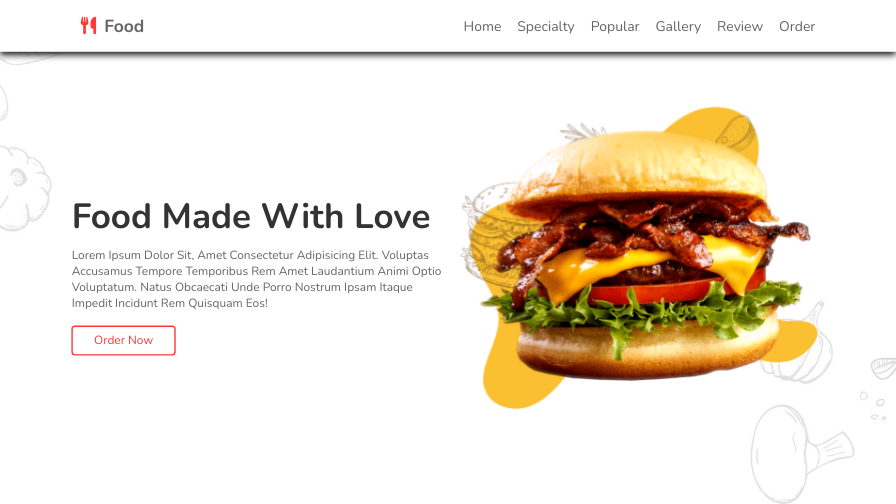
Repository: wenxi0504/ResturantApp-static-
Page: index.html
An editor plug-in stored every save of this project. The page is shown before and after the next save, followed by the edit.
The browser window is 1280 px wide. The pictures show the part of the page from y = 0 to 1920 px (the page is 720 px tall before and 3828 px after), at 70% of full size.

Above is the page before, as saved 2022-01-09 23:18:22.
Console error: TypeError: Cannot read properties of null (reading 'classList')

After the next save:
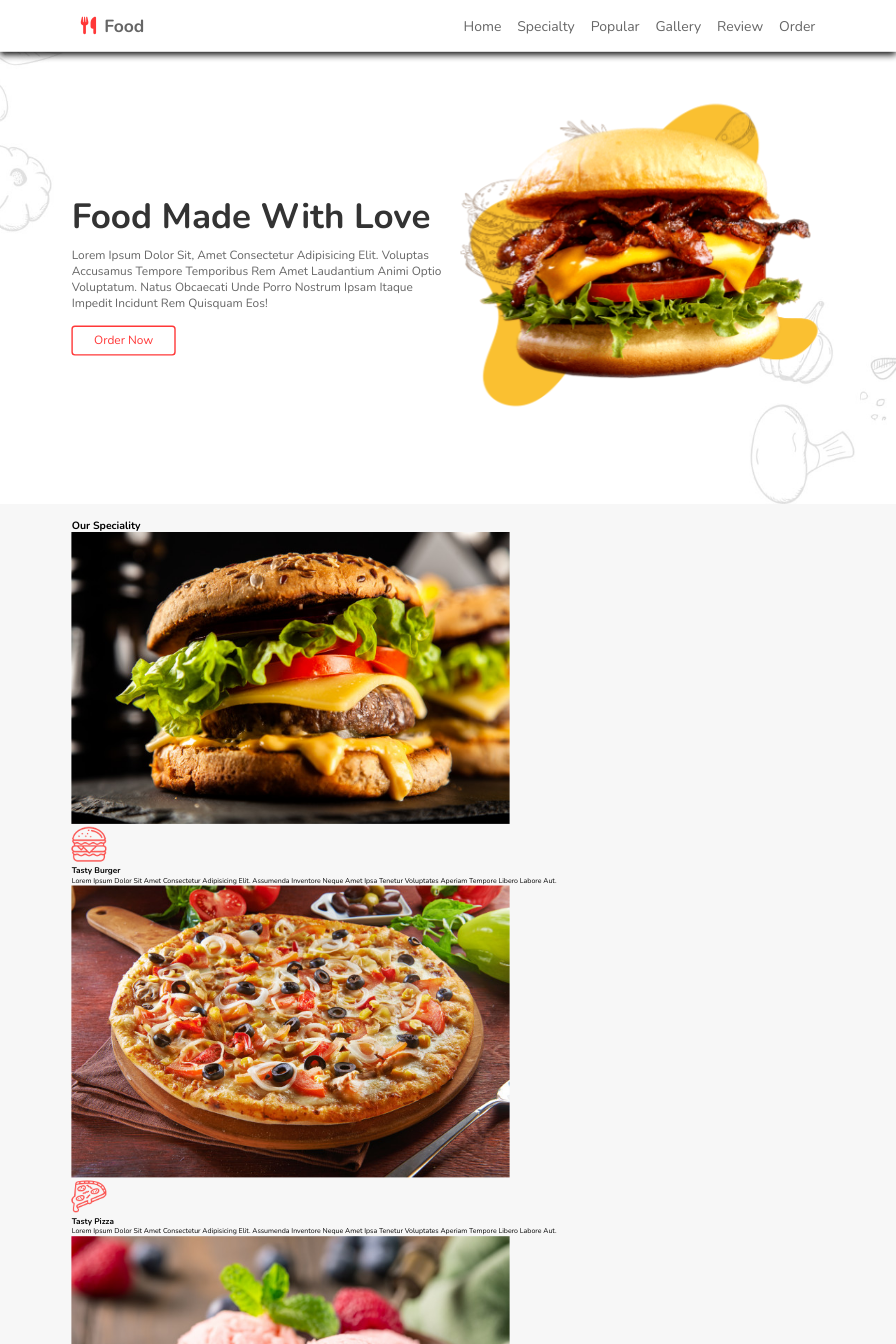
Saved 8 min 48 s later.
--- a/index.html
+++ b/index.html
@@ -1,44 +1,109 @@
 <!DOCTYPE html>
 <html lang="en">
-<head>
-    <meta charset="UTF-8">
-    <meta http-equiv="X-UA-Compatible" content="IE=edge">
-    <meta name="viewport" content="width=device-width, initial-scale=1.0">
+  <head>
+    <meta charset="UTF-8" />
+    <meta http-equiv="X-UA-Compatible" content="IE=edge" />
+    <meta name="viewport" content="width=device-width, initial-scale=1.0" />
     <title>Maple Yip Seafood Restaurant</title>
     <!-- font awesome cnd link-->
-    <link rel="stylesheet" href="https://cdnjs.cloudflare.com/ajax/libs/font-awesome/6.0.0-beta3/css/all.min.css">
+    <link
+      rel="stylesheet"
+      href="https://cdnjs.cloudflare.com/ajax/libs/font-awesome/6.0.0-beta3/css/all.min.css"
+    />
     <!--custom css link-->
-    <link rel="stylesheet" href="./style.css">
-</head>
-<body>
+    <link rel="stylesheet" href="./style.css" />
+  </head>
+  <body>
     <!--header section-->
     <header>
-        <!-- current page-->
-        <a href="#" class="logo"><i class="fas fa-utensils"></i> food </a>
-        <div id="menu-bar" class="fas fa-bars"> </div>
-        <nav class="navbar">
-            <a href="#home">Home</a>
-            <a href="#speciality">Specialty</a>
-            <a href="#popular">Popular</a>
-            <a href="#gallery">gallery</a>
-            <a href="#revire">Review</a>
-            <a href="#order">Order</a>
-        </nav>
+      <!-- current page-->
+      <a href="#" class="logo"><i class="fas fa-utensils"></i> food </a>
+      <div id="menu-bar" class="fas fa-bars"></div>
+      <nav class="navbar">
+        <a href="#home">Home</a>
+        <a href="#speciality">Specialty</a>
+        <a href="#popular">Popular</a>
+        <a href="#gallery">gallery</a>
+        <a href="#revire">Review</a>
+        <a href="#order">Order</a>
+      </nav>
     </header>
     <!-- header section ends-->
     <!--home section-->
     <section class="home" id="home">
-        <div class="content">
-            <h3>food made with love</h3>
-            <p>Lorem ipsum dolor sit, amet consectetur adipisicing elit. Voluptas accusamus tempore temporibus rem amet laudantium animi optio voluptatum. Natus obcaecati unde porro nostrum ipsam itaque impedit incidunt rem quisquam eos!</p>
-            <a href="#" class="btn">order now</a>
-        </div>
-        <div class="image">
-            <img src="images/home-img.png" alt="home-img">
-        </div>
+      <div class="content">
+        <h3>food made with love</h3>
+        <p>
+          Lorem ipsum dolor sit, amet consectetur adipisicing elit. Voluptas
+          accusamus tempore temporibus rem amet laudantium animi optio
+          voluptatum. Natus obcaecati unde porro nostrum ipsam itaque impedit
+          incidunt rem quisquam eos!
+        </p>
+        <a href="#" class="btn">order now</a>
+      </div>
+      <div class="image">
+        <img src="images/home-img.png" alt="home-img" />
+      </div>
     </section>
     <!--home section ends-->
-<!--custom js file link-->
+
+<!--Specialty section -->
+<section class="speciality" id="speciality">
+    <h1 class="heading">Our <span>Speciality</span></h1>
+    <div class="box-container">
+        <div class="box">
+            <img class="image" src="images/s-img-1.jpg" alt="s-image">
+            <div class="content">
+                <img src="images/s-1.png" alt="s-1">
+                <h3>tasty burger</h3>
+                <p>Lorem ipsum dolor sit amet consectetur adipisicing elit. Assumenda inventore neque amet ipsa tenetur voluptates aperiam tempore libero labore aut.</p>
+            </div>
+        </div>
+        <div class="box">
+            <img class="image" src="images/s-img-2.jpg" alt="">
+            <div class="content">
+                <img src="images/s-2.png" alt="">
+                <h3>tasty pizza</h3>
+                <p>Lorem ipsum dolor sit amet consectetur adipisicing elit. Assumenda inventore neque amet ipsa tenetur voluptates aperiam tempore libero labore aut.</p>
+            </div>
+        </div>
+        <div class="box">
+            <img class="image" src="images/s-img-3.jpg" alt="">
+            <div class="content">
+                <img src="images/s-3.png" alt="">
+                <h3>cold ice-cream</h3>
+                <p>Lorem ipsum dolor sit amet consectetur adipisicing elit. Assumenda inventore neque amet ipsa tenetur voluptates aperiam tempore libero labore aut.</p>
+            </div>
+        </div>
+        <div class="box">
+            <img class="image" src="images/s-img-4.jpg" alt="">
+            <div class="content">
+                <img src="images/s-4.png" alt="">
+                <h3>cold drinks</h3>
+                <p>Lorem ipsum dolor sit amet consectetur adipisicing elit. Assumenda inventore neque amet ipsa tenetur voluptates aperiam tempore libero labore aut.</p>
+            </div>
+        </div>
+        <div class="box">
+            <img class="image" src="images/s-img-5.jpg" alt="">
+            <div class="content">
+                <img src="images/s-5.png" alt="">
+                <h3>tasty sweets</h3>
+                <p>Lorem ipsum dolor sit amet consectetur adipisicing elit. Assumenda inventore neque amet ipsa tenetur voluptates aperiam tempore libero labore aut.</p>
+            </div>
+        </div>
+        <div class="box">
+            <img class="image" src="images/s-img-6.jpg" alt="">
+            <div class="content">
+                <img src="images/s-6.png" alt="">
+                <h3>healty breakfast</h3>
+                <p>Lorem ipsum dolor sit amet consectetur adipisicing elit. Assumenda inventore neque amet ipsa tenetur voluptates aperiam tempore libero labore aut.</p>
+            </div>
+        </div>
+
+    </div>
+</section>
+<!--Specialty section ends-->
+    <!--custom js file link-->
     <script src="script.js"></script>
-</body>
+  </body>
 </html>
